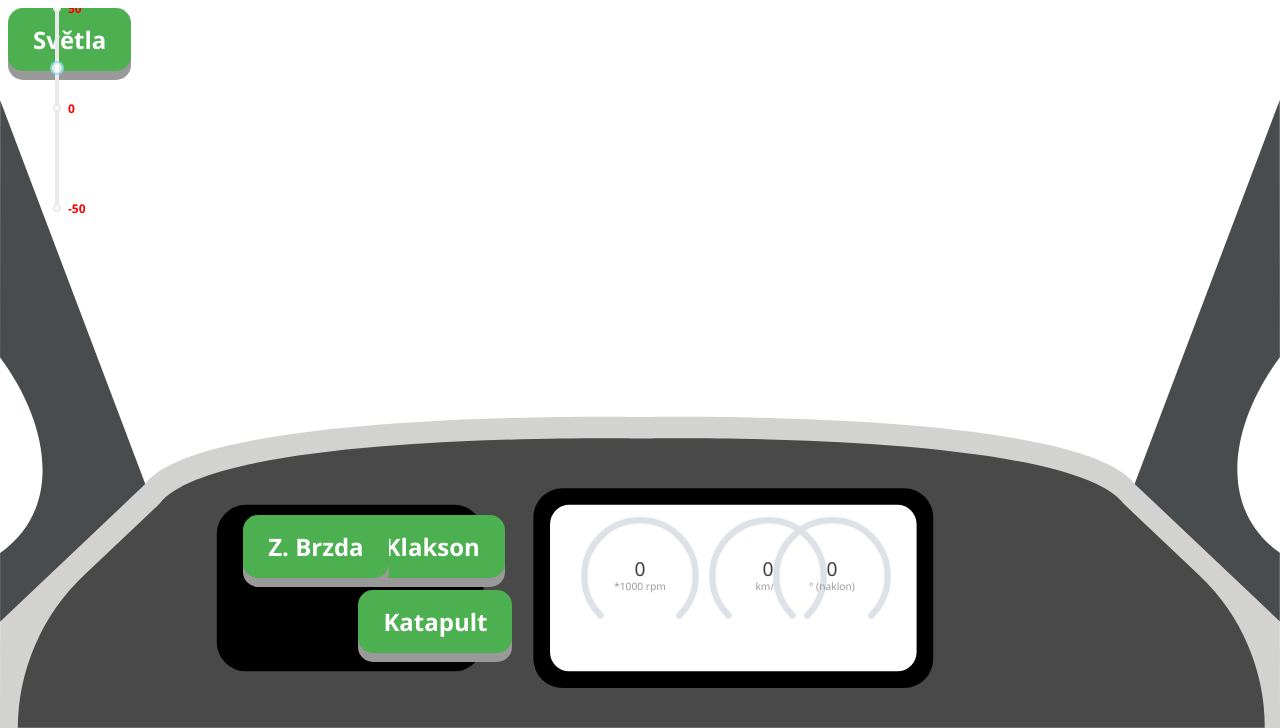
Repository: matyasvelc/train
Page: / (app in frontend/)
The author's editor kept a copy of each file at every save. The page is drawn from the files as they stood at one save, then again after the next save.
The browser window is 1280 px wide. The page is 1280 px wide, then 1288 px, so the pictures cover 1288 px, including what lies to the right of the window. The pictures show the whole page.
The page's requests for data from a server got no answer. The project was rebuilt for these pictures with package versions that can differ from the ones it lists, and the page was loaded fresh each time. No one was signed in, and anything a server would have sent is missing.

Above is the page before, as saved 2022-04-04 17:45:43.

After the next save:
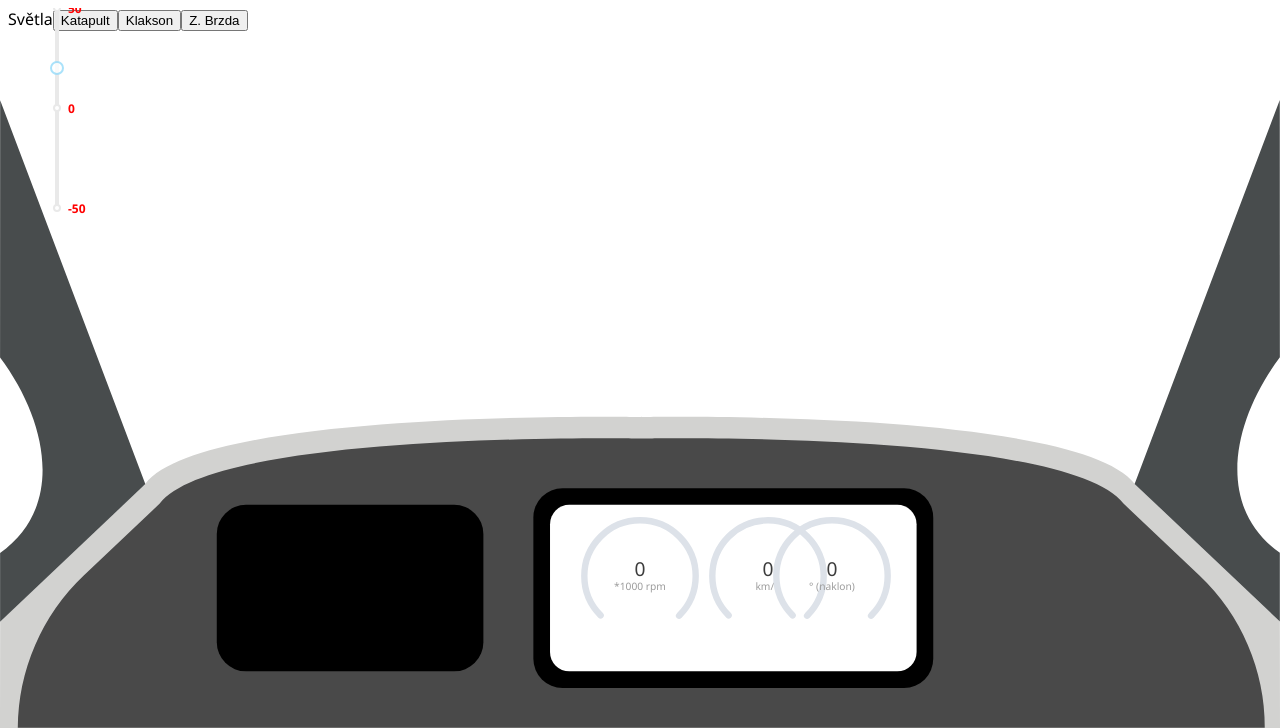
Saved 31 s later.
--- a/frontend/src/index.js
+++ b/frontend/src/index.js
@@ -137,10 +137,10 @@ function App() {
         gradient={[{stop: 0.0, color: '#f6416d'}, {stop: 1, color: '#fa6d7c'}]} />
         </div>
         <input id='svetla' class="svetla" onClick={Svetlo} checked={svetlo} type='checkbox'></input>
-        <label class="buttona" htmlFor='svetla'>Světla</label>
-        <button class="buttonb">Katapult</button>
-        <button class="buttonc">Klakson</button>
-        <button class="buttond">Z. Brzda</button>
+        <label class="button" htmlFor='svetla'>Světla</label>
+        <button class="button">Katapult</button>
+        <button class="button">Klakson</button>
+        <button class="button">Z. Brzda</button>
         <div style={parentStyle}>
           <div style={style}>
             <Slider vertical min={-50} max={50} step={2} marks={marks} included={false} onAfterChange={Rychlost} defaultValue={20}/>
